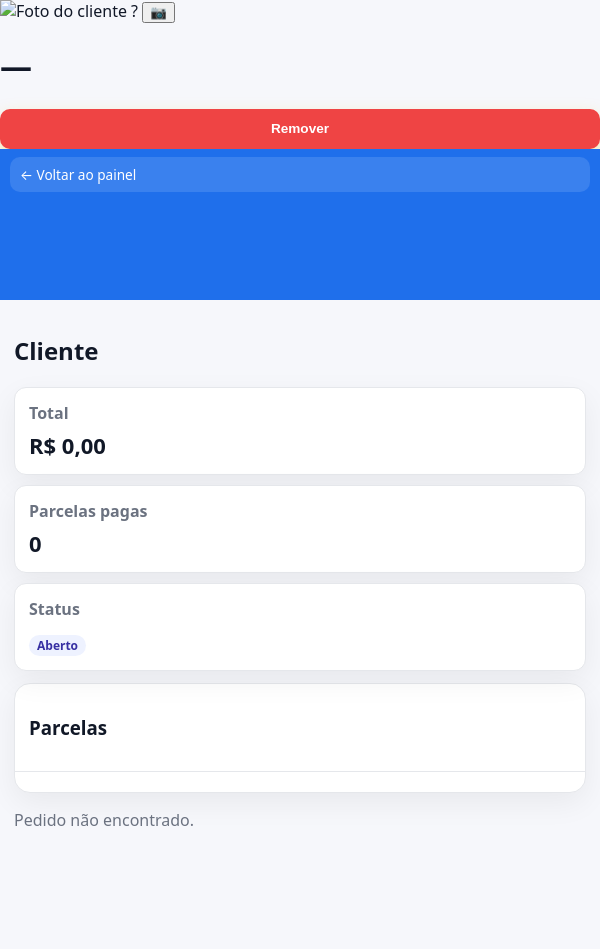
Repository: Rob-son-prog/NegocioSistema
Page: portal.html
An editor plug-in stored every save of this project. The page is shown before and after the next save, followed by the edit.
The browser window is 600 px wide. The pictures show the whole page.

Above is the page before, as saved 2025-08-27 09:01:49.

After the next save:
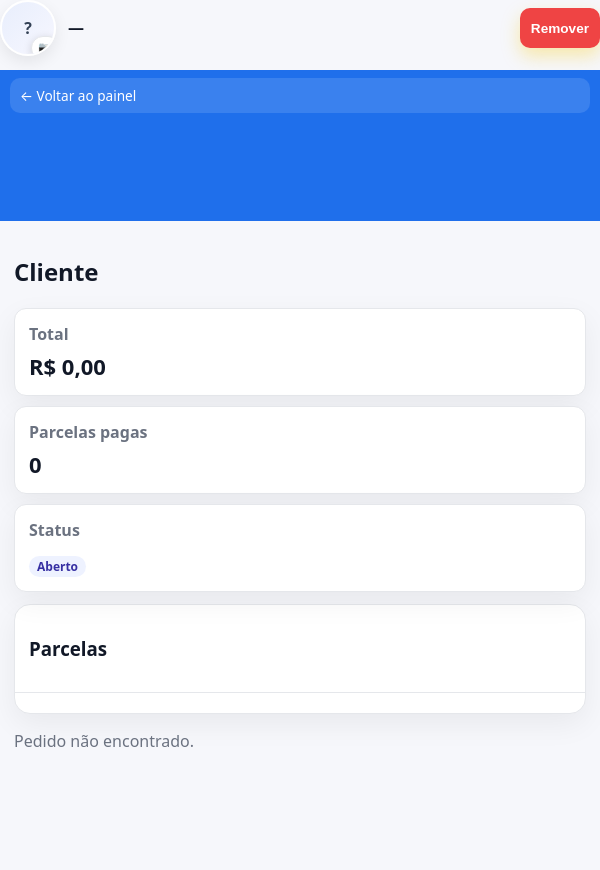
Saved 29 s later.
--- a/style.css
+++ b/style.css
@@ -679,32 +679,40 @@ body{margin:0;background:var(--bg);color:var(--ink);
 }
 
 /* ===== Capa do cliente (portal) ===== */
-.cover-wrap{
-  position: relative;
-  height: 180px;
-  border: 1px solid var(--line);
-  background: linear-gradient(135deg,#eef2ff,#f8fafc);
-  border-radius: 16px;
-  overflow: hidden;
-  margin-bottom: 16px;
-  box-shadow: 0 10px 30px rgba(0,0,0,.06);
-}
-.cover-wrap img{
-  width: 100%;
-  height: 100%;
-  object-fit: cover;
-  display: none; /* começa escondido até carregar */
-}
-.cover-actions{
-  position: absolute;
-  right: 12px;
-  bottom: 12px;
-  display: flex;
-  gap: 8px;
-}
-
-/* Responsivo */
-@media (max-width: 760px){
-  .cover-wrap{ height: 120px; }
-  .cover-actions .btn{ padding: 6px 10px; font-size: .82rem; }
-}
+/* ===== Avatar redondo no topo ===== */
+.profile-bar{
+  display:flex; align-items:center; gap:12px;
+  margin-bottom:14px;
+}
+.avatar{
+  position:relative;
+  width:72px; height:72px;
+  border-radius:50%;
+  overflow:hidden;
+  border:2px solid #fff;
+  box-shadow:0 6px 16px rgba(0,0,0,.08);
+  background:linear-gradient(135deg,#e8eefc,#f7f7ff);
+  display:grid; place-items:center;
+}
+.avatar img{
+  width:100%; height:100%; object-fit:cover; display:none;
+}
+.avatar span{
+  font-weight:800; color:#334155; user-select:none;
+}
+.avatar-btn{
+  position:absolute; right:-6px; bottom:-6px;
+  border-radius:999px; border:1px solid var(--line);
+  background:#fff; padding:4px 6px; font-size:12px;
+  box-shadow:0 2px 8px rgba(0,0,0,.15); cursor:pointer;
+}
+.avatar-actions{ margin-left:auto; }
+
+.who h1{ margin:0; font-size:1.1rem; }
+.who .muted{ margin-top:2px; }
+
+/* Mobile */
+@media (max-width:760px){
+  .avatar{ width:56px; height:56px; }
+  .who h1{ font-size:1rem; }
+}
